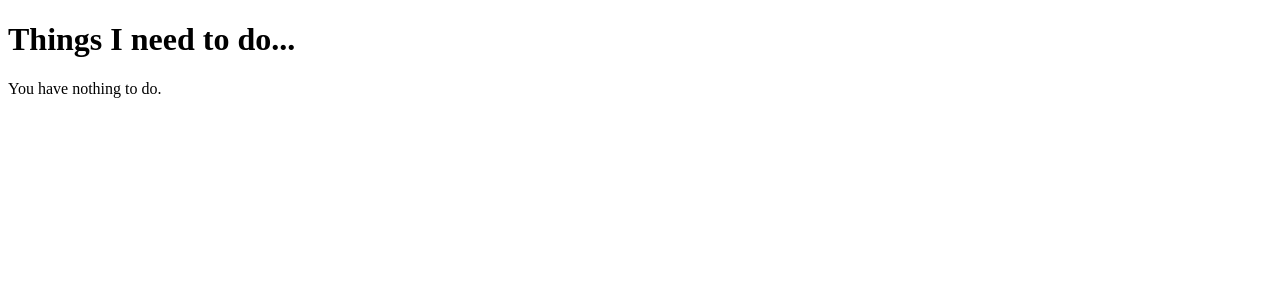
Repository: paperclippete/django_todo
Page: http://localhost/
The author's editor kept a record of every edit. The page is drawn from the files as they stood at one moment, then again after the next edit.
The browser window is 1280 px wide. The pictures show the whole page.
The page is served by the project's application, run on Django 2.2 (manage.py). Other server files are loaded and not shown. Queries for data that is not in the repository find no rows.

Above is the page before.

### todo/views.py
from django.shortcuts import render, HttpResponse, redirect, get_object_or_404
from .models import Item
from .forms import ItemForm

# Create your views here.

def get_todo_list(request):
    results = Item.objects.all()
    return render(request, "todo_list.html", {'items': results})

def create_an_item(request):
    if request.method=="POST":
        form = ItemForm(request.POST, request.FILES)
        if form.is_valid():
            form.save()
        return redirect(get_todo_list)
    else:
        form = ItemForm()

    return render(request, "item_form.html", {'form': form})


def edit_an_item(request, id):
    item = get_object_or_404(Item, pk=id)
    if request.method=="POST":
        form = ItemForm(request.POST, instance=item)
        if form.is_valid():
            form.save()
            return redirect(get_todo_list)
    else:
        form = ItemForm(instance=item)

    return render(request, "item_form.html", {'form': form})


def toggle_status(request, id):
    item = get_object_or_404(Item, pk=id)
    item.done = not item.done
    item.save()
    return redirect(get_todo_list)

### todo/templates/todo_list.html
<!DOCTYPE html>
<html lang="en">
<head>
    <meta charset="UTF-8">
    <meta name="viewport" content="width=device-width, initial-scale=1.0">
    <meta http-equiv="X-UA-Compatible" content="ie=edge">
    <title>Document</title>
</head>
<body>
    <h1>Things I need to do...</h1>

    <table>
        {% for item in items %}
        <tr>
            {% if item.done %}
            <td><strike>{{ item.name }}</strike></td>
            {% else %}
            <td>{{ item.name }}</td>
            {% endif %}
        </tr>
        {% empty %}
        <p>You have nothing to do.</p>
        {% endfor %}
    </table>

</body>
</html>

### django_todo/urls.py
"""django_todo URL Configuration

The `urlpatterns` list routes URLs to views. For more information please see:
    https://docs.djangoproject.com/en/1.11/topics/http/urls/
Examples:
Function views
    1. Add an import:  from my_app import views
    2. Add a URL to urlpatterns:  url(r'^$', views.home, name='home')
Class-based views
    1. Add an import:  from other_app.views import Home
    2. Add a URL to urlpatterns:  url(r'^$', Home.as_view(), name='home')
Including another URLconf
    1. Import the include() function: from django.conf.urls import url, include
    2. Add a URL to urlpatterns:  url(r'^blog/', include('blog.urls'))
"""
from django.conf.urls import url
from django.contrib import admin
from todo.views import get_todo_list, create_an_item, edit_an_item, toggle_status

urlpatterns = [
    url(r'^admin/', admin.site.urls),
    url(r'^$', get_todo_list),
    url(r'^add$', create_an_item),
    url(r'^edit/(?P<id>\d+)$', edit_an_item),
    url(r'^toggle/(?P<id>\d+)$', toggle_status)
]

After the next edit:
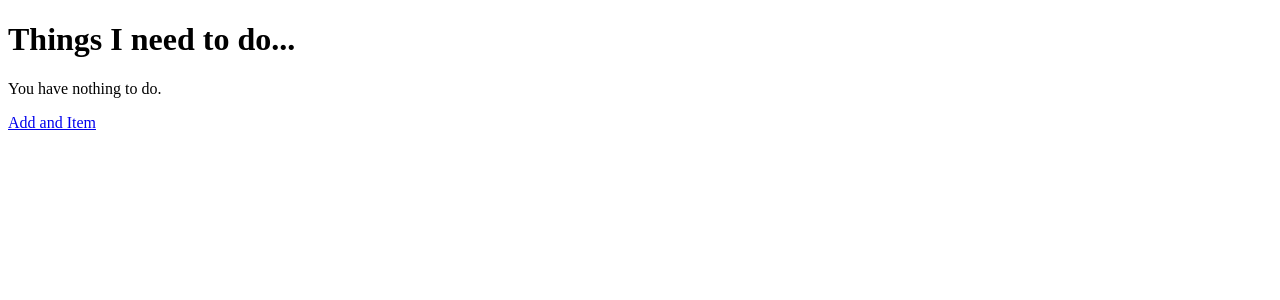
The edit:
--- a/todo/templates/todo_list.html
+++ b/todo/templates/todo_list.html
@@ -23,5 +23,7 @@
         {% endfor %}
     </table>
 
+    <a href="add">Add and Item</a>
+
 </body>
 </html>
